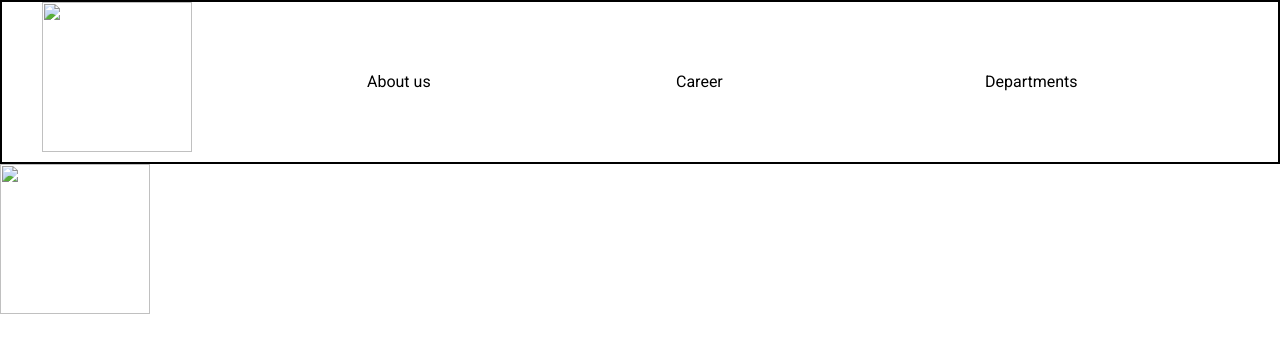
Repository: Hassanine-jaouadi/docplanner
Page: doc-panner.html
The author's editor kept a copy of each file at every save. The page is drawn from the files as they stood at one save, then again after the next save.
The browser window is 1280 px wide. The pictures show the whole page.
Some web libraries are served in a nearby version.

Above is the page before, as saved 2020-01-17 09:16:04.

### doc-panner.html
<!DOCTYPE html>
<html lang="en">
<!--  the head -->

<head>
    <title> Docplanner Group </title>
    <meta charset="UTF-8">
    <meta name="viewport" content="width=device-width, initial-scale=1.0">
    <link rel="stylesheet" href="style.css">
    <link rel="icon" href="file:///Users/hjaouadi/Documents/Wistia/Doc-planner/it.docplanner-w130.png" type="image/gif"
        sizes="16x16">

    <script src="https://kit.fontawesome.com/7e294a499a.js" crossorigin="anonymous"></script>
    <link href="https://fonts.googleapis.com/css?family=Roboto&display=swap" rel="stylesheet">

</head>

<!--  the body -->

<body>
    <nav class=" flex-container">
        <ul class="flex-container">
                <li> <img src="file:///Users/hjaouadi/Documents/Wistia/Doc-planner/logo-default-group-en.svg"
                    class="docplanner-nav-logo" width="150" height="150"/></li>
            <li> <a href="https://www.docplanner.com/about-us" class="flex-item"> About us</a> </li>
            <li> <a href="https://www.docplanner.com/career" class="flex-item">Career</a> </li>
            <li> <a href="https://www.docplanner.com/departments" class="flex-item">Departments</a> </li>
        </ul>
    </nav>

    <img src="file:///Users/hjaouadi/Documents/Wistia/Doc-planner/it.docplanner-w130.png"
                    class="docplanner-nav-logo" width="150" height="150"/>
</body>

</html>

### style.css
html,body
{
    width: 100%;
    height: 100%;
    margin: 0px;
    padding: 0px;
    overflow-x: hidden;
}

* {
    box-sizing: border-box;
    margin: 0;
    font-family: 'Roboto', sans-serif;
    background-color: ffff;
    line-height: 1.8 ;

}

/* flex container */
.flex-container{
    display: flex;
    border: solid 1px black;
    justify-content: space-between;
    align-items: center;
    justify-content: end;
    justify-content: right;
    width: 100%;
}

.flex-item {
    flex: 1;
    justify-content: flex-end;
   justify-items: flex-end;
}


.flex-container  a {
    color: black;
    padding: 12px 16px;
    text-decoration: none ;
    display: block;

  }

  li {
      list-style: none;
      flex: 3;
 }

  .flex-container > :nth-child(1) {
    display: ri;
  }

After the next save:
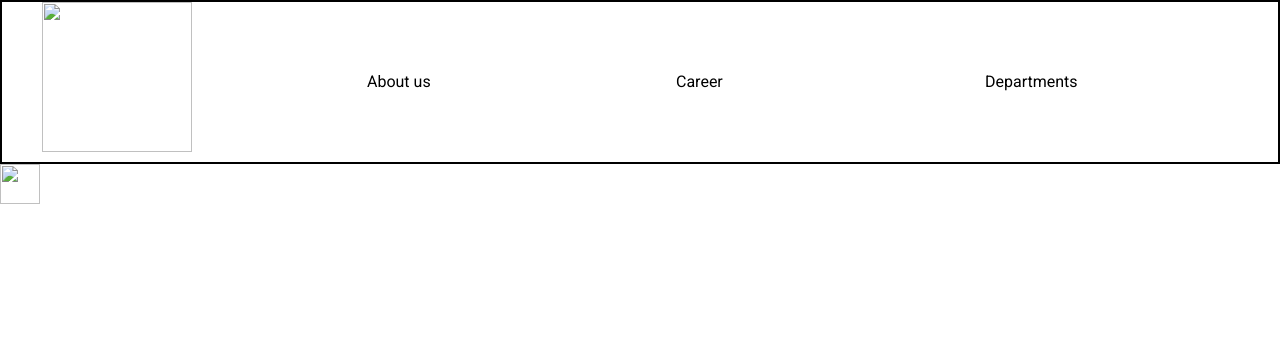
Saved 23 s later.
--- a/doc-panner.html
+++ b/doc-panner.html
@@ -29,7 +29,7 @@
     </nav>
 
     <img src="file:///Users/hjaouadi/Documents/Wistia/Doc-planner/it.docplanner-w130.png"
-                    class="docplanner-nav-logo" width="150" height="150"/>
+                    class="docplanner-nav-logo" width="40" height="40"/>
 </body>
 
 </html>
